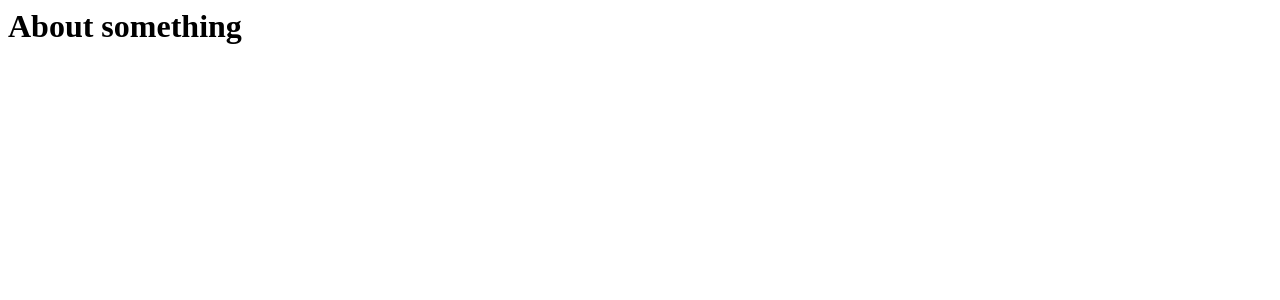
Repository: LauLupu/Progetto
Page: http://localhost/About
These files come from the project's save history. The page is drawn as it stood at one moment and after the next save; the edit follows.
The browser window is 1280 px wide. The pictures show the whole page.
The page is served by the project's Laravel application, run on PHP 8.4 with Laravel 8.

Above is the page before, as saved 2021-08-14 04:16:54.

After the next save:
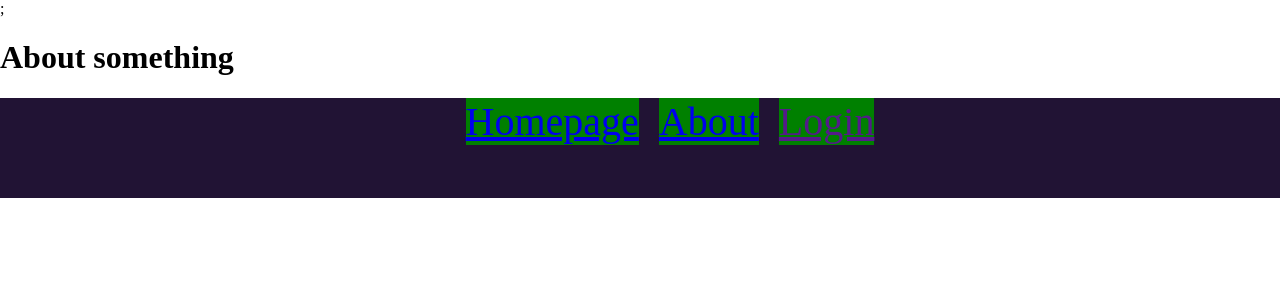
Saved 15 s later.
--- a/resources/views/About.blade.php
+++ b/resources/views/About.blade.php
@@ -1 +1,3 @@
+@extends('navbar');
+
 <h1>About something</h1>
